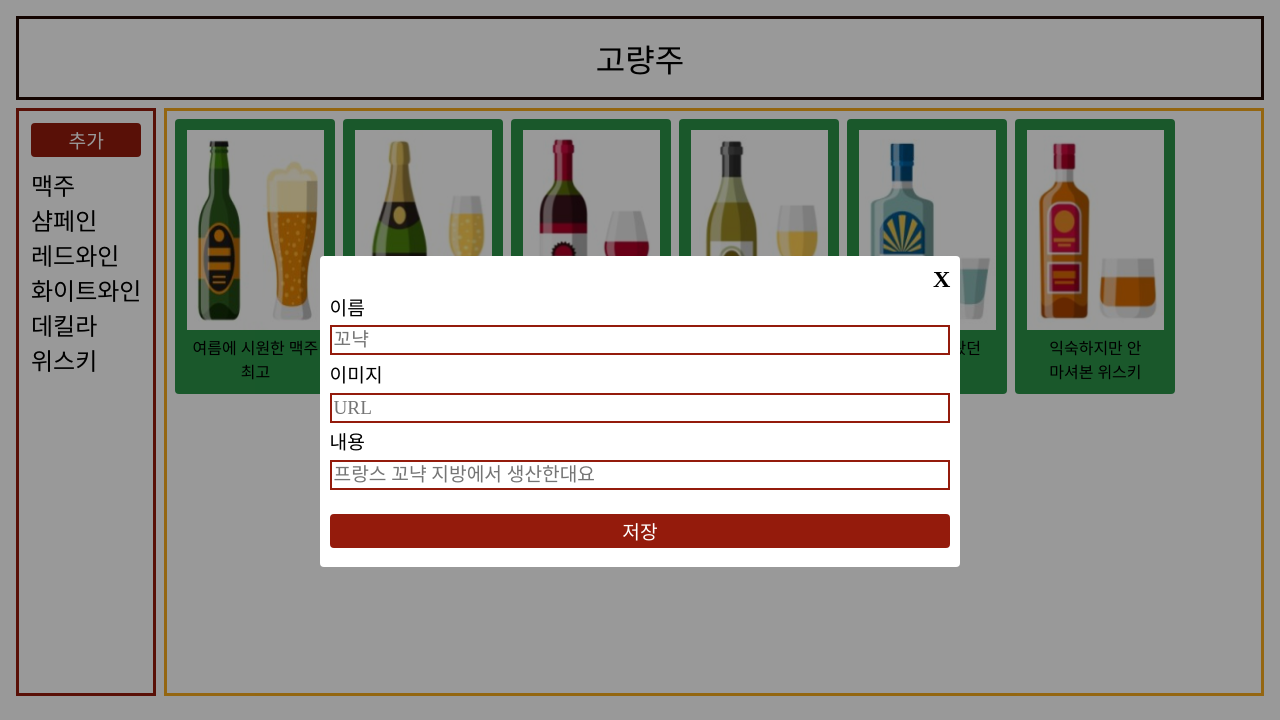
Repository: Jay-JYKim91/grj_2nd_week
Page: index.html
These files come from the project's save history. The page is drawn as it stood at one moment and after the next save; the edit follows.
The browser window is 1280 px wide. The pictures show the whole page.
An inner scrolling area shows only its first screen. Some web fonts or font styles are not loaded; a fallback is used.

Above is the page before, as saved 2022-05-16 16:56:46.

After the next save:
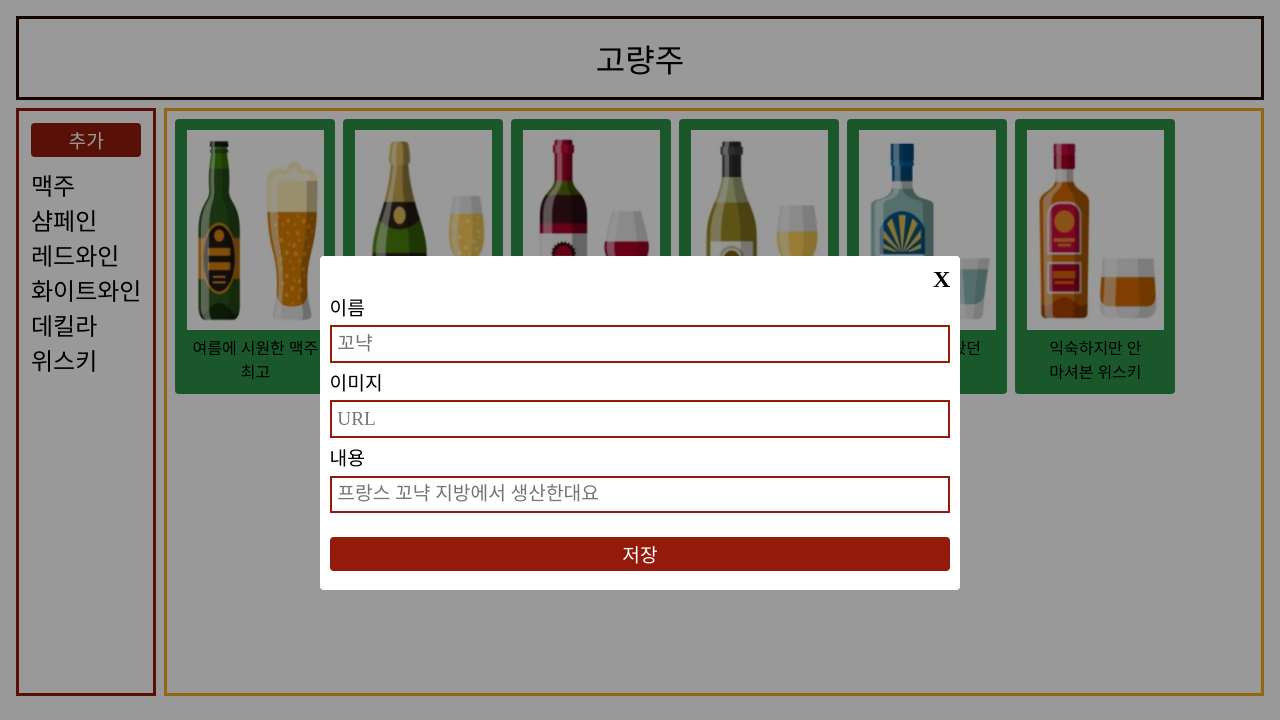
Saved 59 s later.
--- a/styles.css
+++ b/styles.css
@@ -131,12 +131,13 @@ aside {
 }
 
 .modal-content input {
-  padding: 0.1em;
+  padding: 0.3em;
   border: 2px solid #941b0c;
 }
 
 .modal-content input:focus {
   border: 2px solid #c63523;
+  color: red;
 }
 
 .modal-content .btn {
